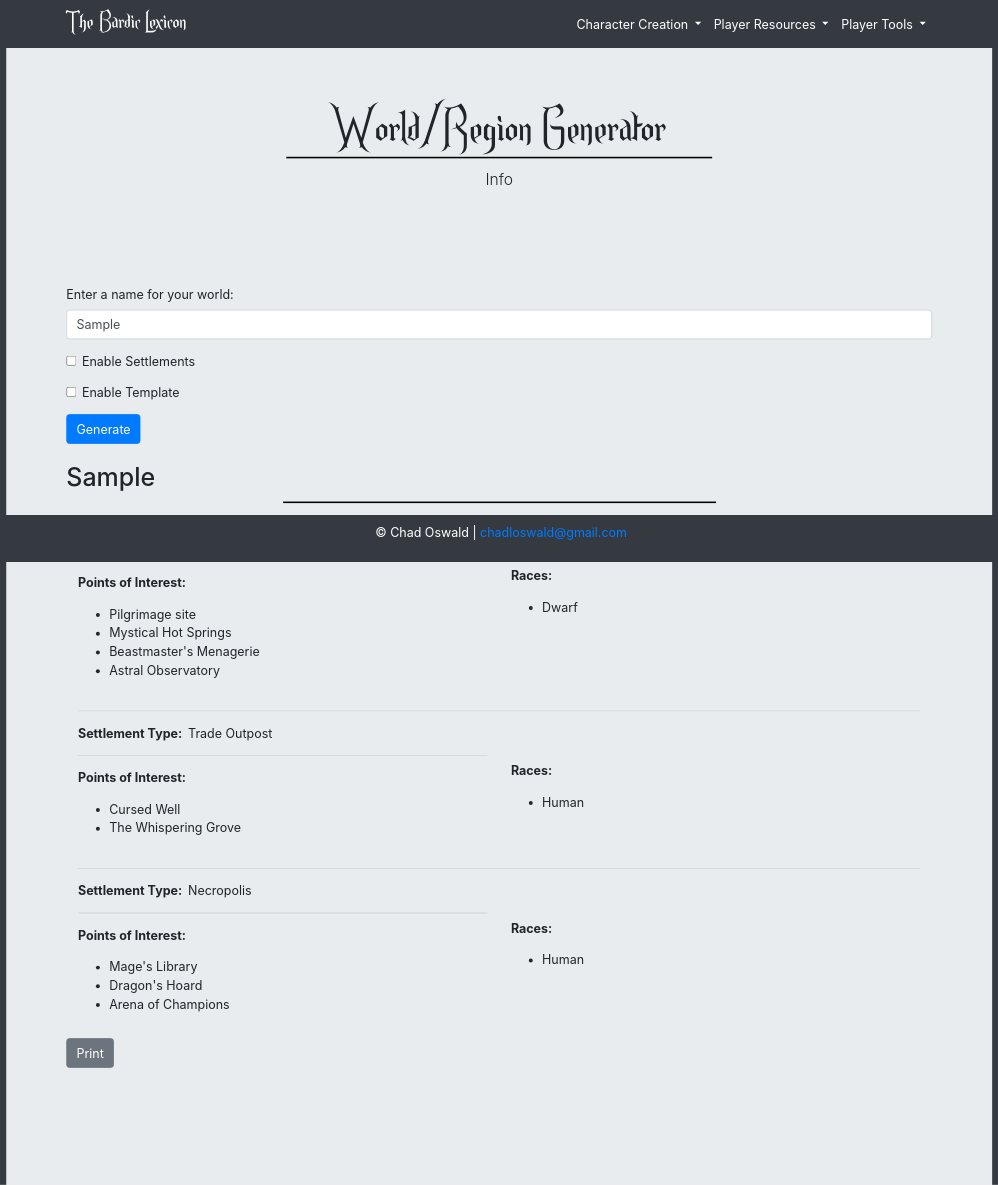
Repository: ChaidGPT/TheBardicLexicon
Page: playerTools/worldGenerator.html
These files come from the project's save history. The page is drawn as it stood at one moment and after the next save; the edit follows.
The browser window is 1280 px wide. The pictures show the whole page, at 78% of full size.
Empty fields were first filled with sample values (such as "Sample", 5 or name@example.com).
After loading, the first visible `#worldForm` was submitted once.

Above is the page before, as saved 2024-02-05 14:42:56.

After the next save:
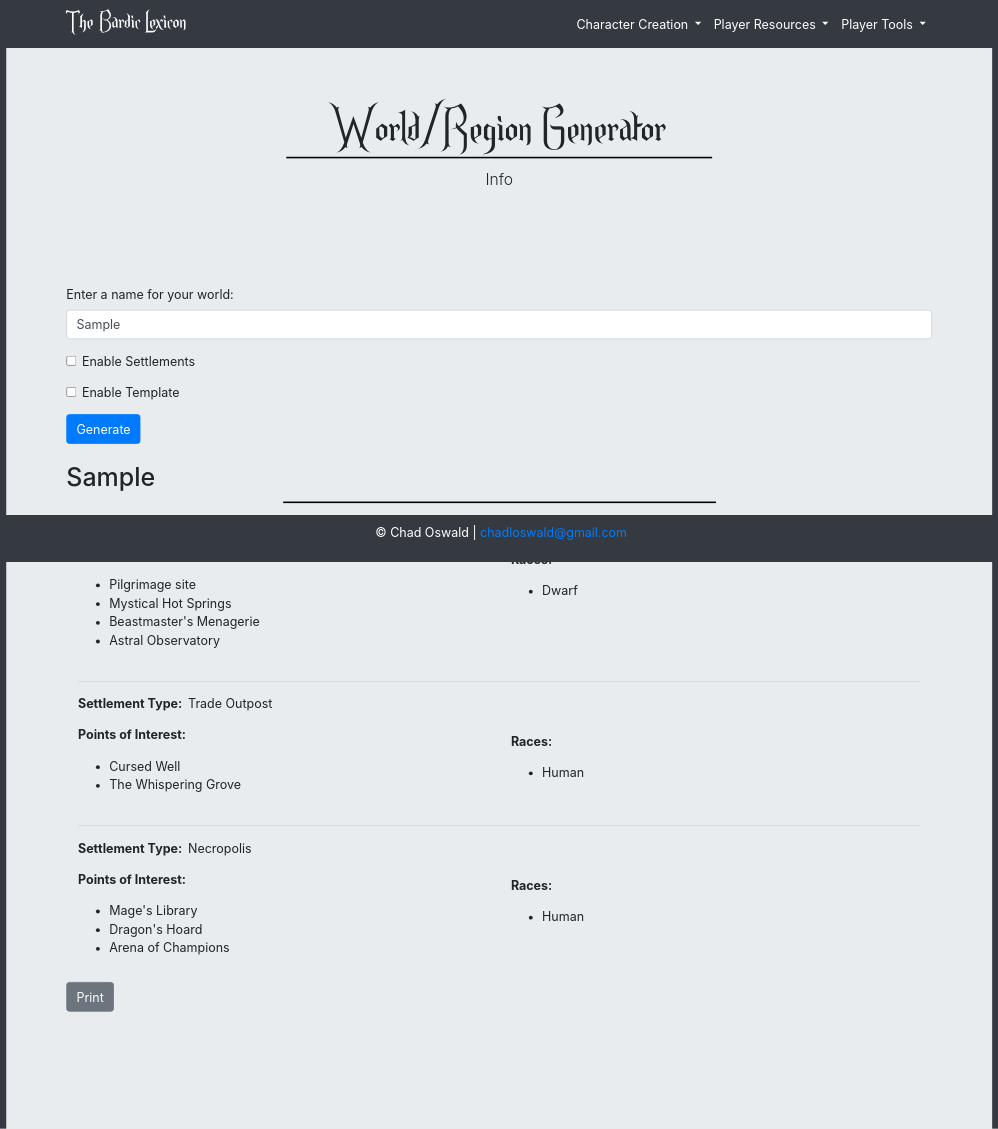
Saved 51 s later.
--- a/playerTools/worldGenerator.js
+++ b/playerTools/worldGenerator.js
@@ -412,7 +412,7 @@ document.addEventListener("DOMContentLoaded", function () {
     <div class="horizontal-line"></div>`;
 
     if (settlementsCount > 0) {
-      content += `<div class="container"><hr>`;
+      content += `<div class="container">`;
 
       for (let i = 0; i < settlementsCount; i++) {
         const selectedSettlement = getRandomElements(settlements, 1)[0];
@@ -436,7 +436,6 @@ document.addEventListener("DOMContentLoaded", function () {
           <div class="row">
             <div class="col-md-6">
               <p><strong>Settlement Type: &nbsp</strong>${selectedSettlement.name}</p>
-              <hr>
               <p><strong>Points of Interest:</strong></p><ul>`;
 
         content += selectedSettlementPOI
